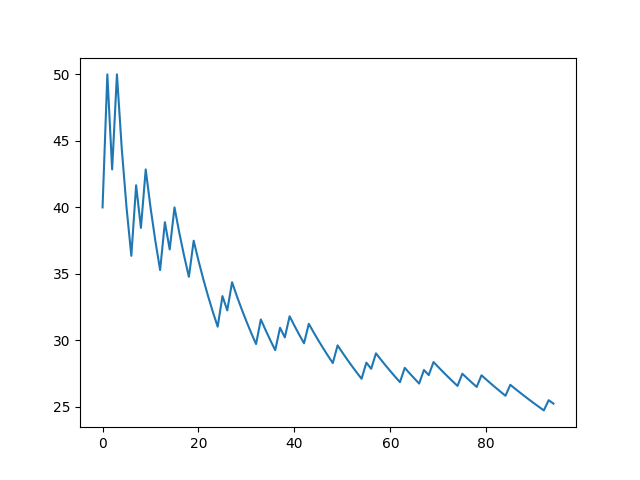
Repository: Vorztek/Data
Script's output: python Exercices_Python/Old_project/Maths_and_algorithms/Première_série_exo/génération_nombre_premiers.py
These files come from the project's save history. The script's output is drawn as it stood at one moment and after the next save; the edit follows.
Random numbers start from a fixed seed.

Above is the script's output before, as saved 2021-07-28 16:19:07.

### Exercices_Python/Old_project/Maths_and_algorithms/Première_série_exo/génération_nombre_premiers.py
import matplotlib.pyplot as plt

def is_prime(p):
    if p < 2:
        return False
    for j in range(2, p):
        if p % j == 0:
            return False
    else:
        return True

meoisation = []

def number_of_prime(n):
    compte = 0
    # Pour chaque élement compris dans la liste de chaque élement de l'intervalle
    if n in meoisation:
        print("NEZOFLIUC")
        compte += 1
        pourcent = ((compte / n) *100)
        print(meoisation)
        return pourcent

def number_of_prime2(n):
    compte = 0
    for i in range(2, n):
        if is_prime(i) is True:
            compte += 1
            if i not in meoisation:
                meoisation.append(i)
    pourcent = ((compte / n) *100)
    print(meoisation)
    return pourcent

def courbe():
    liste1 = []
    #valeur = int(input("Quelle est la valeur maximale souhaitée : "))
    for n in range(5, 100):
        if n in meoisation:
            liste1.append(number_of_prime(n))
        else:
            liste1.append(number_of_prime2(n))
    return liste1

plt.plot(courbe())
plt.show()

After the next save:
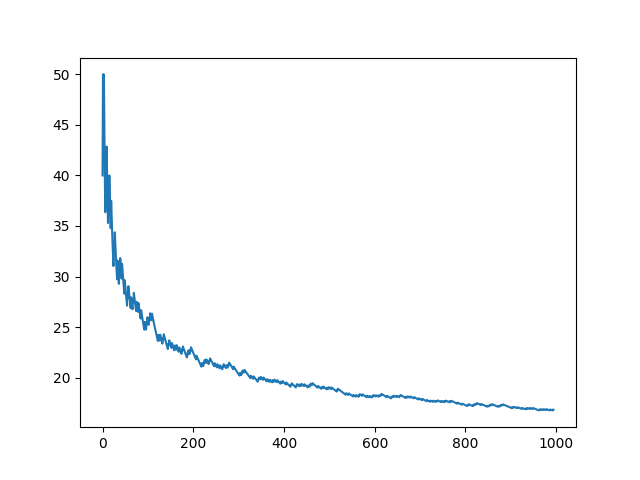
Saved 20 s later.
--- a/Exercices_Python/Old_project/Maths_and_algorithms/Première_série_exo/génération_nombre_premiers.py
+++ b/Exercices_Python/Old_project/Maths_and_algorithms/Première_série_exo/génération_nombre_premiers.py
@@ -29,13 +29,13 @@ def number_of_prime2(n):
             if i not in meoisation:
                 meoisation.append(i)
     pourcent = ((compte / n) *100)
-    print(meoisation)
+
     return pourcent
 
 def courbe():
     liste1 = []
     #valeur = int(input("Quelle est la valeur maximale souhaitée : "))
-    for n in range(5, 100):
+    for n in range(5, 1000):
         if n in meoisation:
             liste1.append(number_of_prime(n))
         else:
